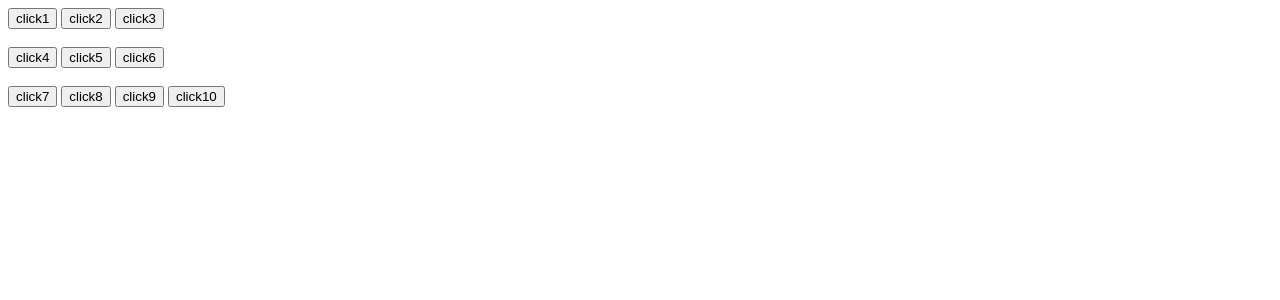
Repository: mirror-neuron/JsonStudy
Page: JsonApp01/WebContent/JsonTest10.html
These files come from the project's save history. The page is drawn as it stood at one moment and after a run of saves; the edit follows.
The browser window is 1280 px wide. The pictures show the whole page.

Above is the page before, as saved 2019-05-31 07:01:06.

After the next 3 saves:
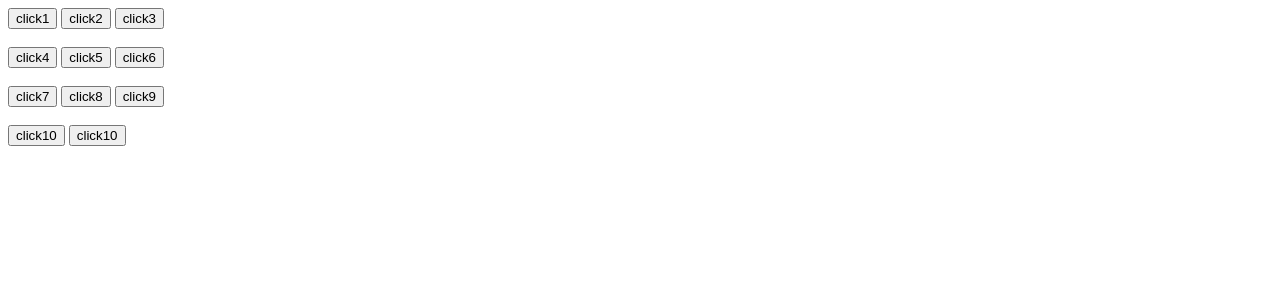
The 3 saves are shown as one change because they came seconds apart.
The last was saved 30 s later.
--- a/JsonApp01/WebContent/JsonTest10.html
+++ b/JsonApp01/WebContent/JsonTest10.html
@@ -46,6 +46,10 @@
 	<input type="button" value="click9" onclick="alert(typeof obj6[1])"/>
 	<!-- undefined -->
 
+	<br><br>
+
 	<input type="button" value="click10" onclick="alert(obj6_1[0])" />
+	<!-- test1 -->
+	<input type="button" value="click10" onclick="alert(obj6_1[1])" />
 
 </form>
